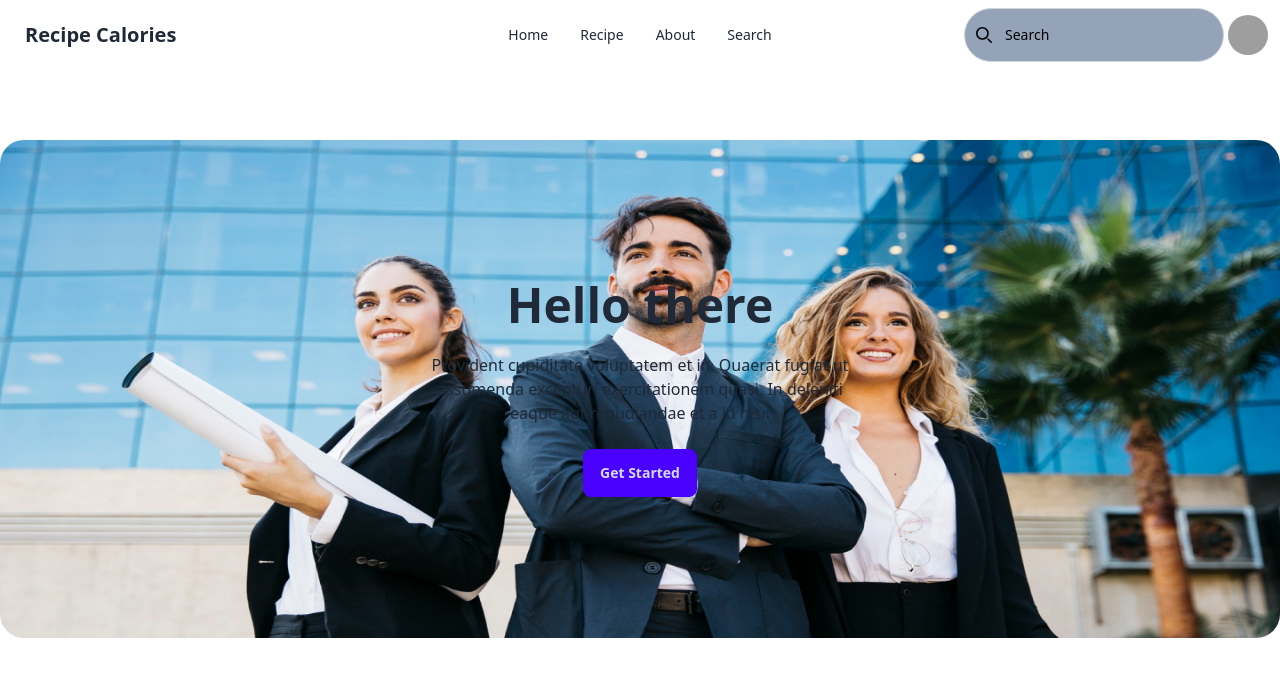
Repository: RudrasahaDibos/Chefs-table
Page: /
The author's editor kept a copy of each file at every save. The page is drawn from the files as they stood at one save, then again after the next save.
The browser window is 1280 px wide. The pictures show the whole page.
Pictures or frames that could not be fetched are drawn as grey boxes. The project was rebuilt for these pictures with package versions that can differ from the ones it lists, and the page was loaded fresh each time. Also part of the build but not shown: vite.config.js, src/App.css.

Above is the page before, as saved 2024-12-19 09:46:58.

After the next save:
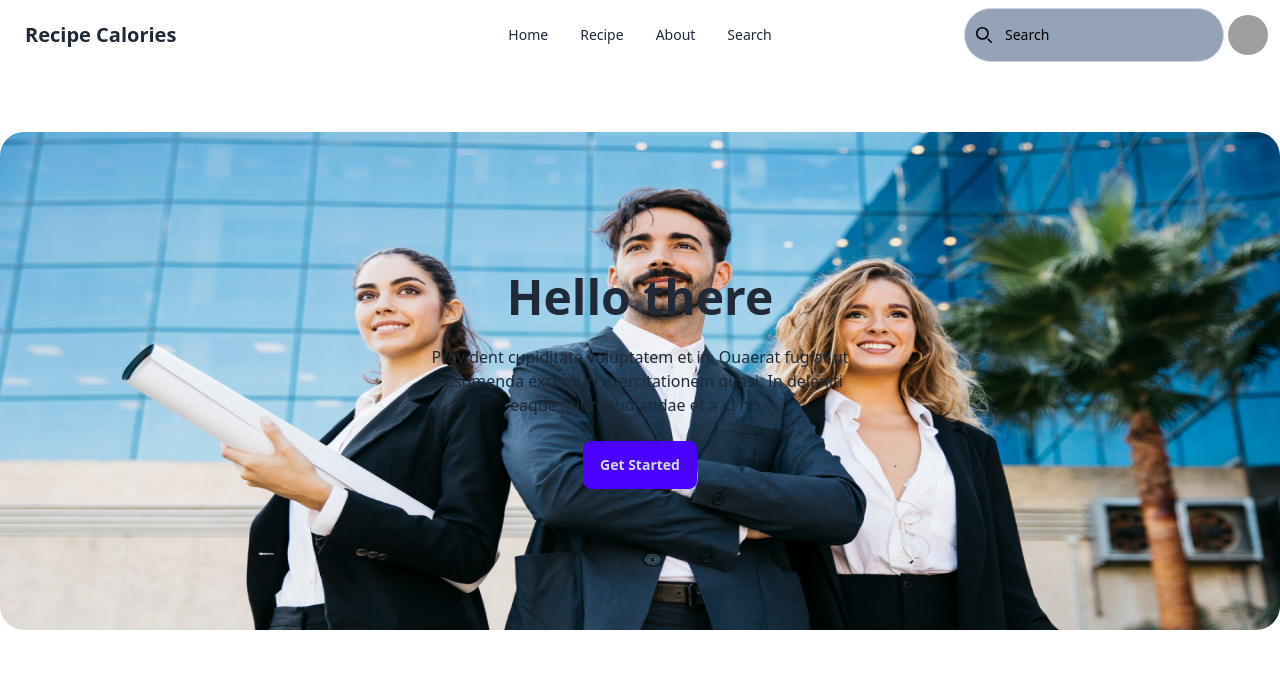
Saved 11 s later.
--- a/src/Component/Banner/Banner.jsx
+++ b/src/Component/Banner/Banner.jsx
@@ -2,7 +2,7 @@ import img from '../Banner/Image/Rectangle 12.png'
 
 const Banner = () => {
     return (
-        <div className='max-w-7xl mx-auto mt-2'>
+        <div className='max-w-7xl mx-auto '>
             <div className="hero ">
      <img src={img} alt="" className='h-4/5 w-full rounded-3xl' />
   <div className="hero-content text-center">
